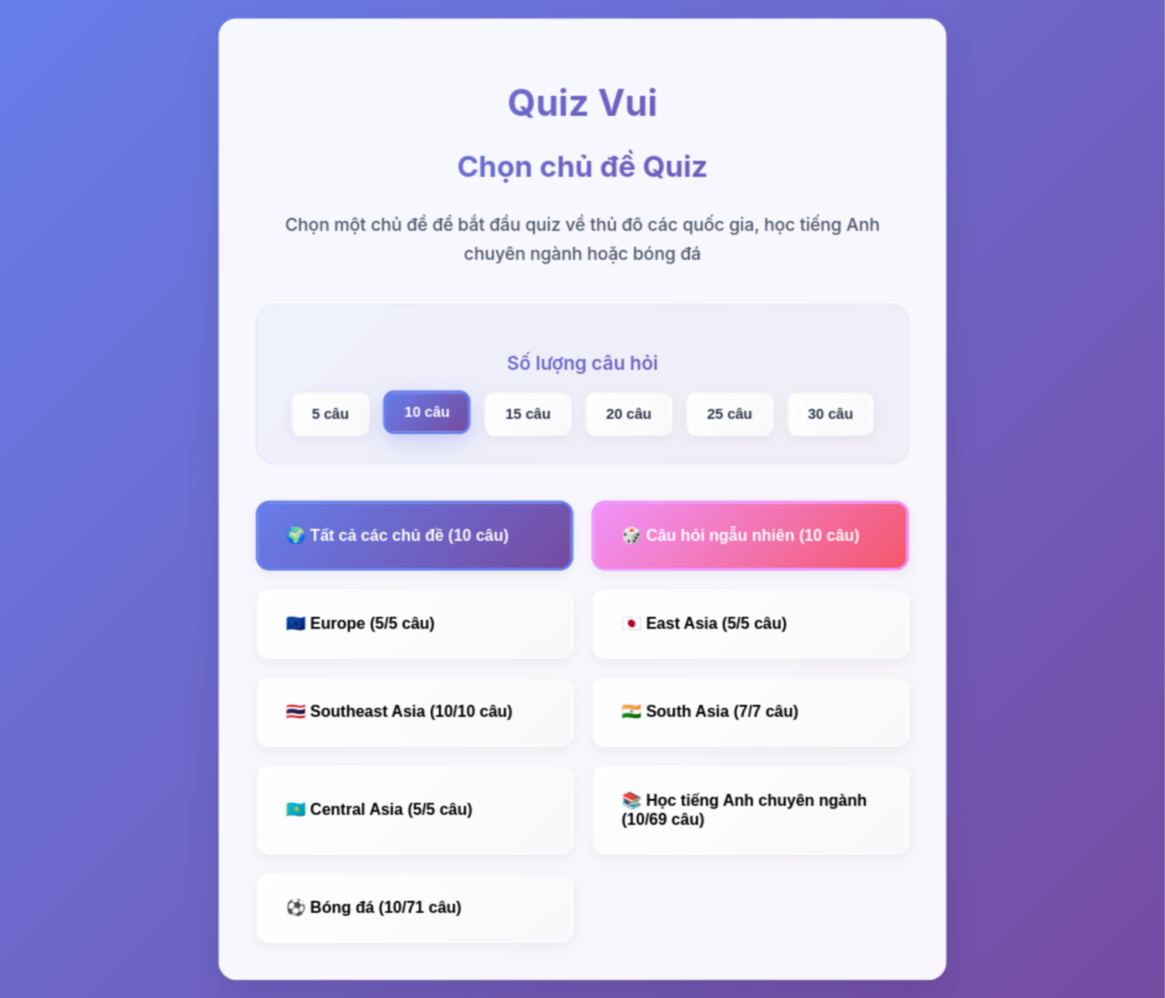
Repository: HuynhPPP/Quiz_App
Page: /
An editor plug-in stored every save of this project. The page is shown before and after the next save, followed by the edit.
The browser window is 1280 px wide. The pictures show the whole page, at 91% of full size.
The page's requests for data from a server got no answer. The project was rebuilt for these pictures with package versions that can differ from the ones it lists, and the page was loaded fresh each time. No one was signed in, and anything a server would have sent is missing. Also part of the build but not shown: vite.config.js, src/components/Resutl.jsx, src/components/Review.jsx.

Above is the page before, as saved 2025-09-27 19:37:53.

After the next save:
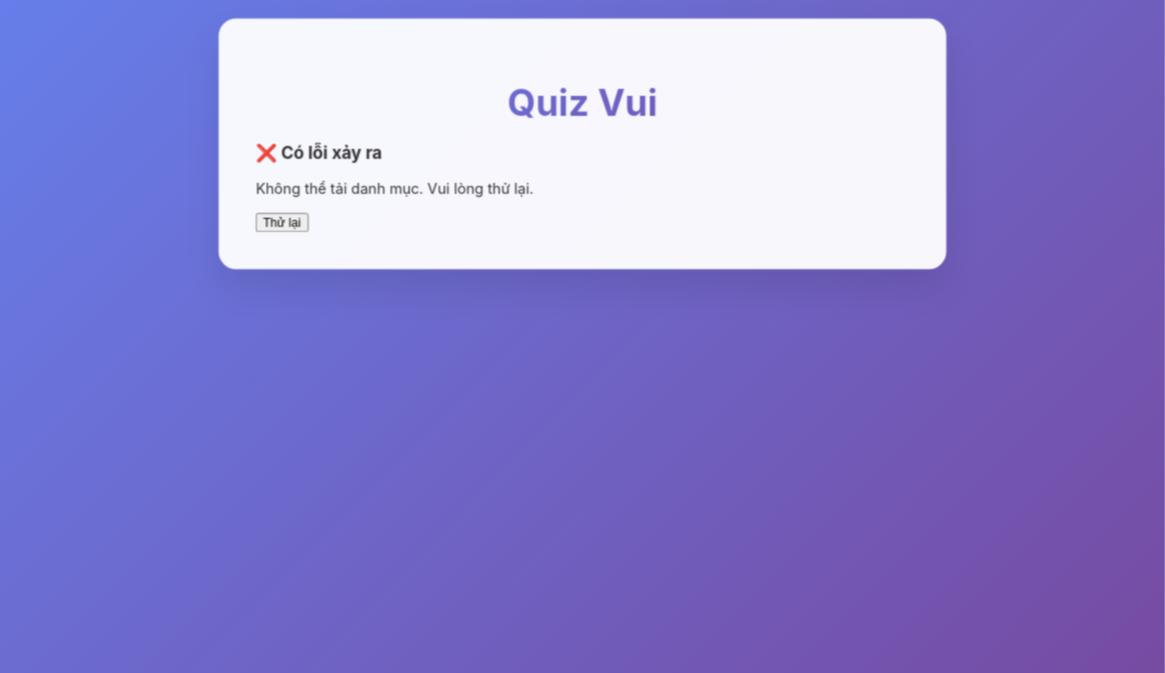
Saved 8 s later.
--- a/src/components/QuizSelector.jsx
+++ b/src/components/QuizSelector.jsx
@@ -1,29 +1,80 @@
-import React, { useState } from 'react'
-import { getAllCategories, getQuestionsByCategory, getRandomQuestions } from '../data/index'
+import React, { useState, useEffect } from 'react'
+import QuizAPI from '../services/quizAPI'
 
 const QuizSelector = ({ onStartQuiz }) => {
-    const categories = getAllCategories();
+    const [categories, setCategories] = useState([]);
     const [questionCount, setQuestionCount] = useState(10);
+    const [loading, setLoading] = useState(true);
+    const [error, setError] = useState(null);
 
-    const handleCategorySelect = (category) => {
-        const questions = getQuestionsByCategory(category);
-        const limitedQuestions = questions.slice(0, Math.min(questionCount, questions.length));
-        onStartQuiz(limitedQuestions);
+    useEffect(() => {
+        loadCategories();
+    }, []);
+
+    const loadCategories = async () => {
+        try {
+            setLoading(true);
+            setError(null);
+            const apiCategories = await QuizAPI.getCategories();
+            setCategories(apiCategories);
+        } catch (err) {
+            setError('Không thể tải danh mục. Vui lòng thử lại.');
+            console.error('Lỗi khi tải danh mục:', err);
+        } finally {
+            setLoading(false);
+        }
     };
 
-    const handleRandomQuiz = () => {
-        const questions = getRandomQuestions(questionCount);
-        onStartQuiz(questions);
+    const handleCategorySelect = async (category) => {
+        try {
+            await onStartQuiz(category);
+        } catch (err) {
+            console.error('Lỗi khi chọn danh mục:', err);
+        }
     };
 
-    const handleAllQuestions = () => {
-        const questions = getRandomQuestions(Math.min(questionCount, 30));
-        onStartQuiz(questions);
+    const handleRandomQuiz = async () => {
+        try {
+            const questions = await QuizAPI.getRandomQuestions(questionCount);
+            await onStartQuiz(questions);
+        } catch (err) {
+            console.error('Lỗi khi tạo quiz ngẫu nhiên:', err);
+        }
+    };
+
+    const handleAllQuestions = async () => {
+        try {
+            const questions = await QuizAPI.getRandomQuestions(Math.min(questionCount, 30));
+            await onStartQuiz(questions);
+        } catch (err) {
+            console.error('Lỗi khi tạo quiz tất cả:', err);
+        }
     };
 
     const handleQuestionCountChange = (count) => {
         setQuestionCount(count);
     };
+
+    if (loading) {
+        return (
+            <div className="loading-container">
+                <div className="loading-spinner"></div>
+                <p>Đang tải danh mục...</p>
+            </div>
+        );
+    }
+
+    if (error) {
+        return (
+            <div className="error-container">
+                <h3>❌ Có lỗi xảy ra</h3>
+                <p>{error}</p>
+                <button onClick={loadCategories} className="retry-btn">
+                    Thử lại
+                </button>
+            </div>
+        );
+    }
 
     return (
         <div>
@@ -64,11 +115,9 @@ const QuizSelector = ({ onStartQuiz }) => {
                 </button>
 
                 {categories.map((category, index) => {
-                    const totalQuestions = getQuestionsByCategory(category).length;
-                    const displayCount = Math.min(questionCount, totalQuestions);
                     const categoryEmojis = {
                         'Europe': '🇪🇺',
-                        'East Asia': '🇯🇵',
+                        'Asia': '🇯🇵',
                         'Southeast Asia': '🇹🇭',
                         'South Asia': '🇮🇳',
                         'Central Asia': '🇰🇿',
@@ -82,7 +131,7 @@ const QuizSelector = ({ onStartQuiz }) => {
                             className="category-button"
                             onClick={() => handleCategorySelect(category)}
                         >
-                            {categoryEmojis[category] || '🌏'} {category} ({displayCount}/{totalQuestions} câu)
+                            {categoryEmojis[category] || '🌏'} {category}
                         </button>
                     );
                 })}
